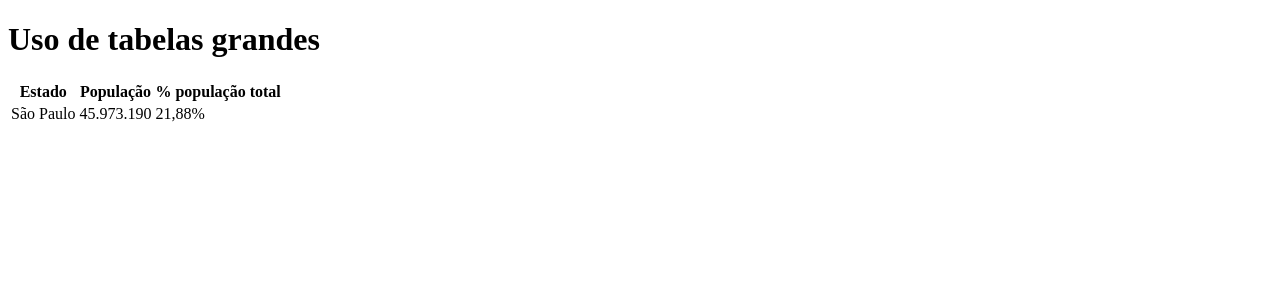
Repository: railsondev/html-css
Page: Módulo3/Exercicios/Ex02 - Tabelas/tabela002.html
These files come from the project's save history. The page is drawn as it stood at one moment and after a run of saves; the edit follows.
The browser window is 1280 px wide. The pictures show the whole page.

Above is the page before, as saved 2024-10-18 17:54:57.

After the next 2 saves:
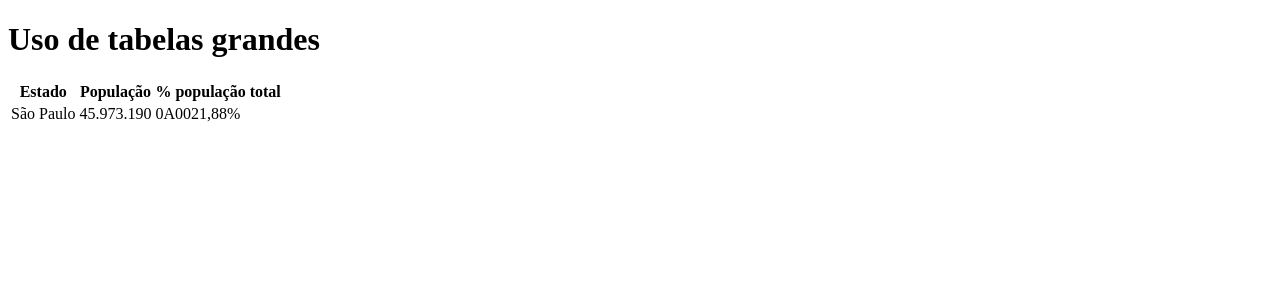
The 2 saves are shown as one change because they came seconds apart.
The last was saved 7 s later.
--- a/Módulo3/Exercicios/Ex02 - Tabelas/src/css/estilo01.css
+++ b/Módulo3/Exercicios/Ex02 - Tabelas/src/css/estilo01.css
@@ -4,5 +4,5 @@
   content: '%';
 }
 .porc::before {
-  content: '';
+  content: '0A00';
 }

After the save that followed:
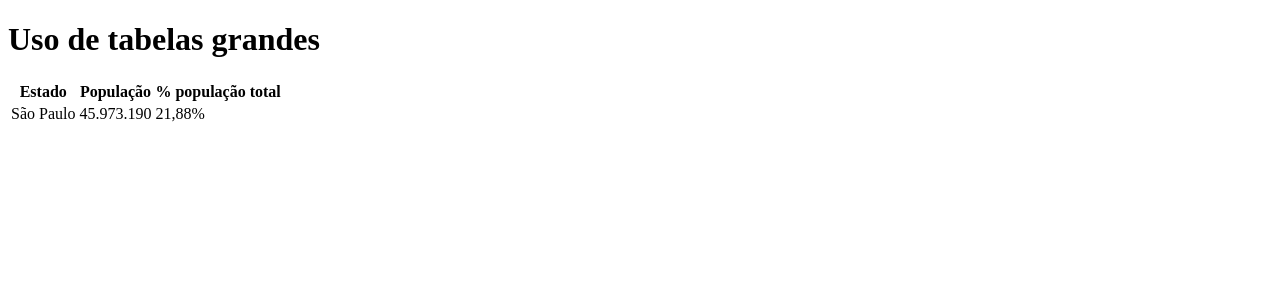
Saved 6 s later.
--- a/Módulo3/Exercicios/Ex02 - Tabelas/src/css/estilo01.css
+++ b/Módulo3/Exercicios/Ex02 - Tabelas/src/css/estilo01.css
@@ -4,5 +4,5 @@
   content: '%';
 }
 .porc::before {
-  content: '0A00';
+  content: '';
 }
